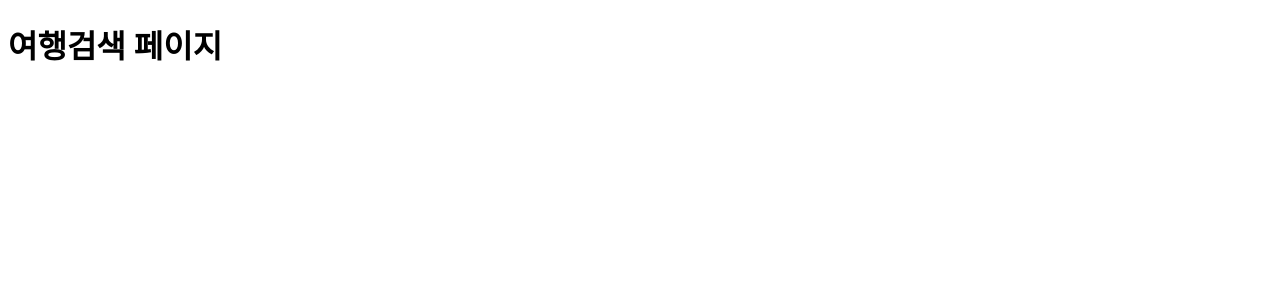
Repository: subsub1131/topping
Page: http://localhost/toppingProject/views/trip/te.jsp
These files come from the project's save history. The page is drawn as it stood at one moment and after the next save; the edit follows.
The browser window is 1280 px wide. The pictures show the whole page.
The page is served by Tomcat 9. Other server files are loaded and not shown.

Above is the page before, as saved 2021-07-14 17:02:34.

### toppingProject/src/main/webapp/views/trip/te.jsp
<%@ page language="java" contentType="text/html; charset=UTF-8"
    pageEncoding="UTF-8"%>
<!DOCTYPE html>
<html>
<head>
<meta charset="UTF-8">
<title>search</title>
</head>
<body>
<h1>여행검색 페이지</h1><i class="bi bi-heart-fill" style="font-size: 2rem; color: Red;"></i>
</body>
</html>

After the next save:
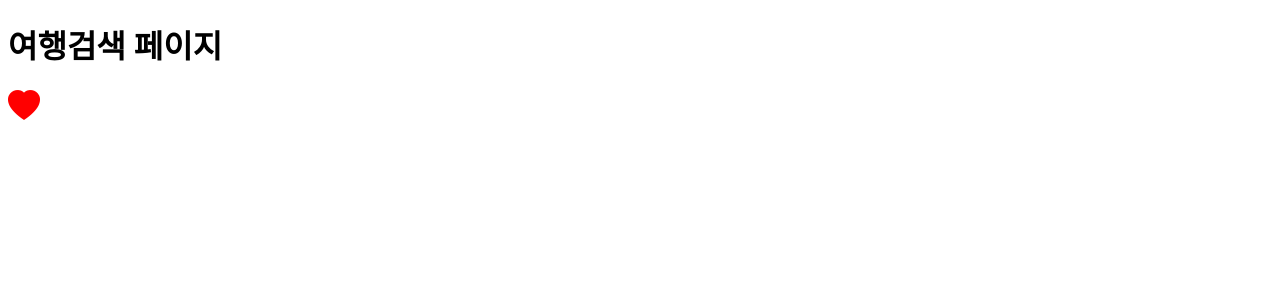
Saved 18 s later.
--- a/toppingProject/src/main/webapp/views/trip/te.jsp
+++ b/toppingProject/src/main/webapp/views/trip/te.jsp
@@ -4,6 +4,7 @@
 <html>
 <head>
 <meta charset="UTF-8">
+<link rel="stylesheet" href="https://cdn.jsdelivr.net/npm/bootstrap-icons@1.5.0/font/bootstrap-icons.css">
 <title>search</title>
 </head>
 <body>
